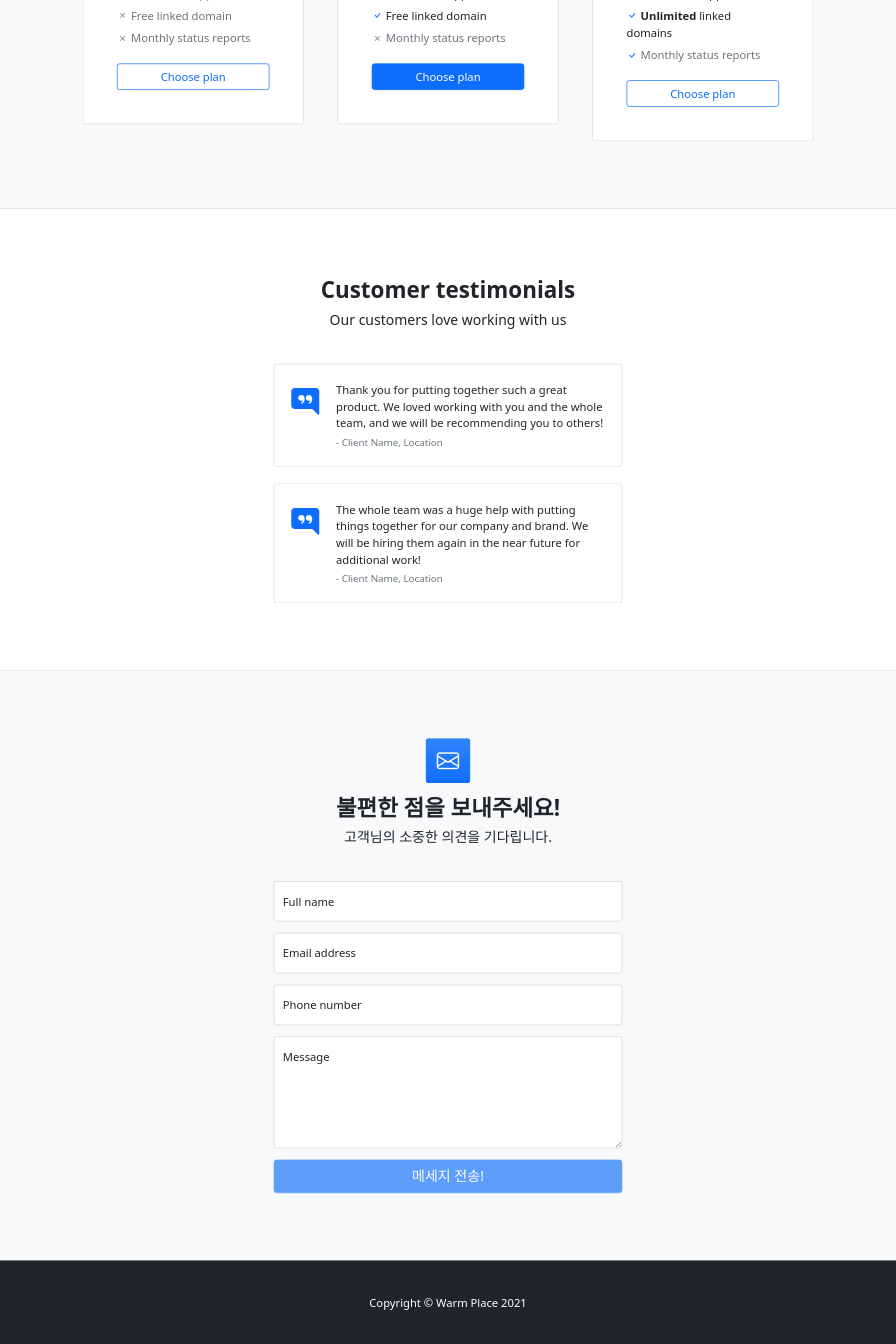
Repository: jaunnnngs/HackaTone
Page: http://localhost/StunProjects/St_Join/main.jsp
These files come from the project's save history. The page is drawn as it stood at one moment and after the next save; the edit follows.
The browser window is 1280 px wide. The pictures show the part of the page from y = 1532 to 3452 px (the page is 3452 px tall before and 3448 px after), at 70% of full size.
Some web libraries are served in a nearby version. The page is served by Tomcat 9.

Above is the page before, as saved 2021-07-26 08:42:04.

After the next save:
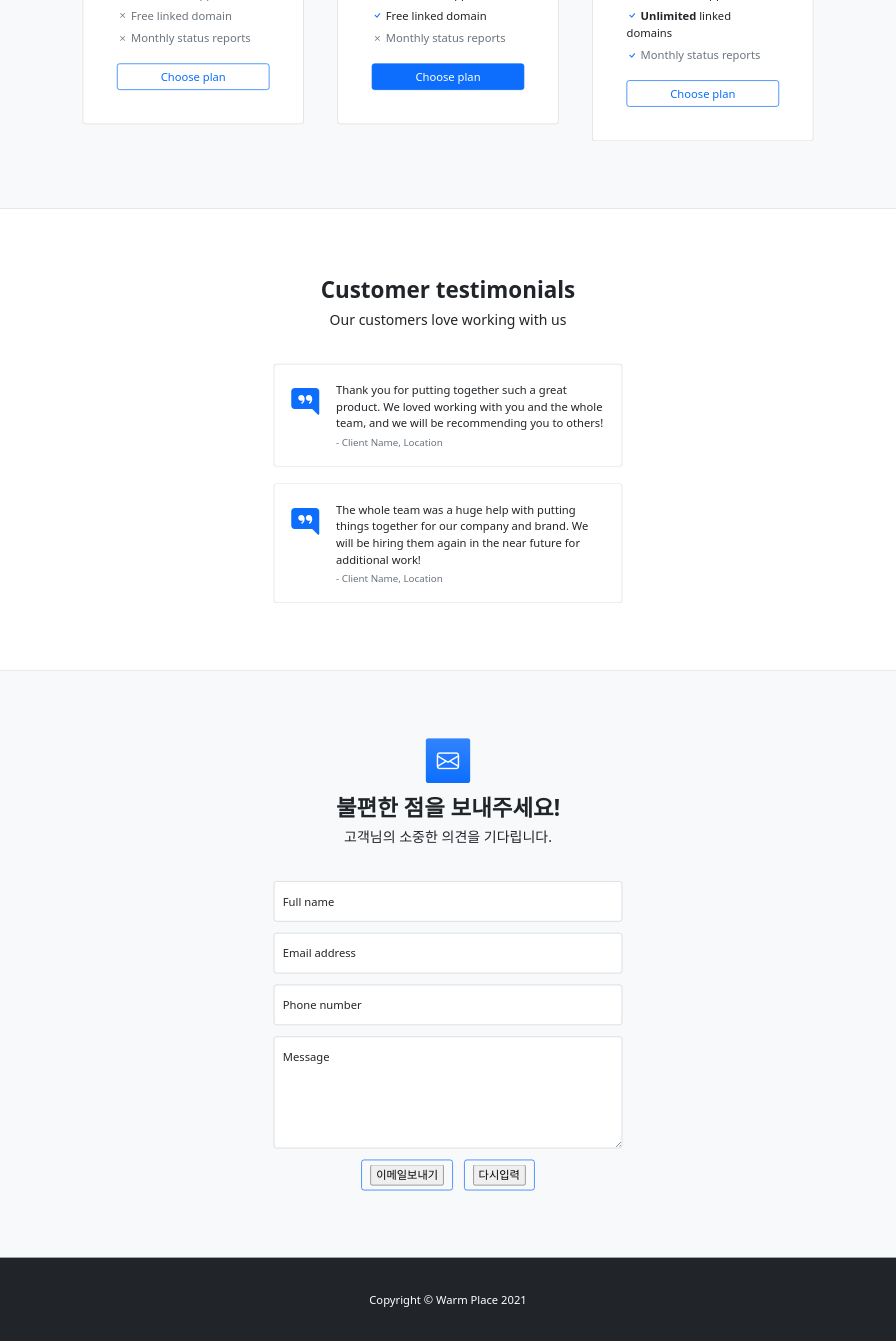
Saved 2 min 0 s later.
--- a/STUN_TEAM/StunProjects/src/main/webapp/St_Join/main.jsp
+++ b/STUN_TEAM/StunProjects/src/main/webapp/St_Join/main.jsp
@@ -322,6 +322,8 @@ pageEncoding="UTF-8"%>
                         <!-- https://startbootstrap.com/solution/contact-forms-->
                         <!-- to get an API token!-->
                         <form id="contactForm" data-sb-form-api-token="API_TOKEN">
+                            <form action="./main_mailactionn.jsp"method="post">
+
                             <!-- Name input-->
                             <div class="form-floating mb-3">
                                 <input class="form-control" id="name" type="text" placeholder="Enter your name..." data-sb-validations="required" />
@@ -347,7 +349,7 @@ pageEncoding="UTF-8"%>
                                 <label for="message">Message</label>
                                 <div class="invalid-feedback" data-sb-feedback="message:required">A message is required.</div>
                             </div>
-                            <!-- Submit success message-->
+                            <!-- 제출 성공시 뜨는 메세지-->
                             <!---->
                             <!-- This is what your users will see when the form-->
                             <!-- has successfully submitted-->
@@ -359,13 +361,16 @@ pageEncoding="UTF-8"%>
                                     <a href="https://startbootstrap.com/solution/contact-forms">https://startbootstrap.com/solution/contact-forms</a>
                                 </div>
                             </div>
-                            <!-- Submit error message-->
+                            <!-- 제출 에러 메세지-->
                             <!---->
                             <!-- This is what your users will see when there is-->
                             <!-- an error submitting the form-->
                             <div class="d-none" id="submitErrorMessage"><div class="text-center text-danger mb-3">Error sending message!</div></div>
-                            <!-- Submit Button-->
-                            <div class="d-grid"><button class="btn btn-primary btn-lg disabled" id="submitButton" type="submit">메세지 전송!</button></div>
+                            <!--마지막 버튼!  -->
+                            <div class="d-grid gap-3 d-sm-flex justify-content-sm-center">
+							<a class="btn btn-outline-primary"><input type="submit" value="이메일보내기"></a>
+							<a class="btn btn-outline-primary"><input type="reset" value="다시입력"></a></div>
+							</form>
                         </form>
                     </div>
                 </div>
